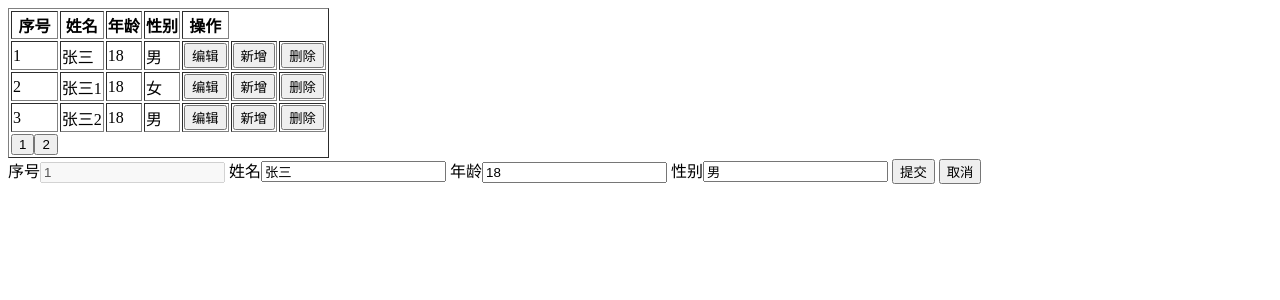
Repository: yuanritian1/5oproject50days
Page: 表格table/index.html
The author's editor kept a copy of each file at every save. The page is drawn from the files as they stood at one save, then again after the next save.
The browser window is 1280 px wide. The pictures show the whole page.
After loading, the first visible `button` was clicked once.

Above is the page before, as saved 2022-09-03 17:16:24.

### 表格table/index.html
<!DOCTYPE html>
<html lang="en">

<head>
    <meta charset="UTF-8">
    <meta http-equiv="X-UA-Compatible" content="IE=edge">
    <meta name="viewport" content="width=device-width, initial-scale=1.0">
    <title>Document</title>
    <style>
        .inputContent {
            display: none;
        }
    </style>
</head>

<body>
    <div id="containerBox">
        <table border="1">
            <thead>
                <tr>
                    <th>
                        序号
                    </th>
                    <th>
                        姓名
                    </th>
                    <th>
                        年龄
                    </th>
                    <th>
                        性别
                    </th>
                    <th>
                        操作
                    </th>
                </tr>
            </thead>
            <tbody id="content">
            </tbody>
            <tfoot id="foot">
            </tfoot>
        </table>
    </div>
    <div class="inputContent">
        <label>序号</label><input type="text" disabled>
        <label>姓名</label><input type="text">
        <label>年龄</label><input type="text">
        <label>性别</label><input type="text">
        <button onclick="submit()">提交</button>
        <button>取消</button>
    </div>
</body>

</html>
<script>
    const DATE_ARR = [
        { id: '1', name: '张三', age: '18', sex: '男' },
        { id: '2', name: '张三1', age: '18', sex: '女' },
        { id: '3', name: '张三2', age: '18', sex: '男' },
        { id: '4', name: '张三3', age: '18', sex: '男' },
        { id: '5', name: '张三4', age: '18', sex: '女' },
        { id: '6', name: '张三5', age: '18', sex: '男' },
    ]
    let bodyContent = document.getElementById('content')
    let index = 1
    let type = ''
    let footContent = document.getElementById('foot')
    let btnGrounp = document.querySelectorAll('input')
    let inputContent = document.getElementsByClassName('inputContent')[0]
    function showTable(data) {
        bodyContent.innerHTML = ''
        data.forEach((item) => {
            bodyContent.innerHTML += `
    <tr>
        <td>${item.id}</td>
        <td>${item.name}</td>
        <td>${item.age}</td>
        <td>${item.sex}</td>
        <td><button onclick='edit(${item.id})'>编辑</button></td>
        <td><button onclick='add()'>新增</button></td>
        <td><button onclick='delete(${item.id})'>删除</button></td>
        </tr>
    `
        })
    }
    function deleteData(value) {
        for (let i = 0; i < DATE_ARR.length; i++) {
            if (DATE_ARR[i].id === value) {
                DATE_ARR.splice()
            }
        }
    }
    function add() {
        inputContent.style.display = 'block'
        type = 'add'
        btnGrounp[0].style.display = 'none'
    }
    function edit(e) {
        inputContent.style.display = 'block'
        type = 'edit'
        btnGrounp[0].value = DATE_ARR[e - 1].id
        btnGrounp[1].value = DATE_ARR[e - 1].name
        btnGrounp[2].value = DATE_ARR[e - 1].age
        btnGrounp[3].value = DATE_ARR[e - 1].sex
    }
    function submit() {
        if (type === 'add') {
            let obj = {}
            obj.id = `${+DATE_ARR[DATE_ARR.length - 1].id + 1}`
            obj.name = btnGrounp[1].value
            obj.age = btnGrounp[2].value
            obj.sex = btnGrounp[3].value
            DATE_ARR.push(obj)
        }
        if (type === 'edit') {
            for (let i = 0; i < DATE_ARR.length; i++) {
                if (btnGrounp[0].value === DATE_ARR[i].id) {
                    DATE_ARR[i].name = btnGrounp[1].value
                    DATE_ARR[i].age = btnGrounp[2].value
                    DATE_ARR[i].sex = btnGrounp[3].value


                }
            }
        }
        inputContent.style.display = 'none'
        jiequ(index)
    }
    function jiequ(value) {
        let arr = DATE_ARR.slice((value - 1) * 3, 3 * value)
        showTable(arr)
    }
    function page(e) {
        index = +e.innerHTML
        jiequ(+e.innerHTML)
    }
    function fenye(data) {
        let num = Math.ceil(data.length / 3)
        let str = ''
        for (let i = 0; i < num; i++) {
            str += `
<button onclick='page(this)'>${i + 1}</button>
`
        }
        footContent.innerHTML = str
        return num;
    }
    fenye(DATE_ARR)
    jiequ(1)
</script>

After the next save:
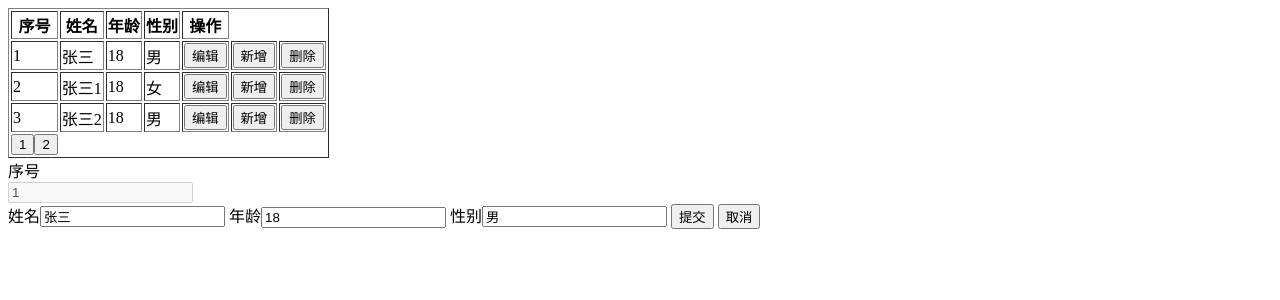
Saved 90 s later.
--- a/表格table/index.html
+++ b/表格table/index.html
@@ -97,6 +97,7 @@
     }
     function edit(e) {
         inputContent.style.display = 'block'
+        btnGrounp[0].style.display = 'block'
         type = 'edit'
         btnGrounp[0].value = DATE_ARR[e - 1].id
         btnGrounp[1].value = DATE_ARR[e - 1].name
